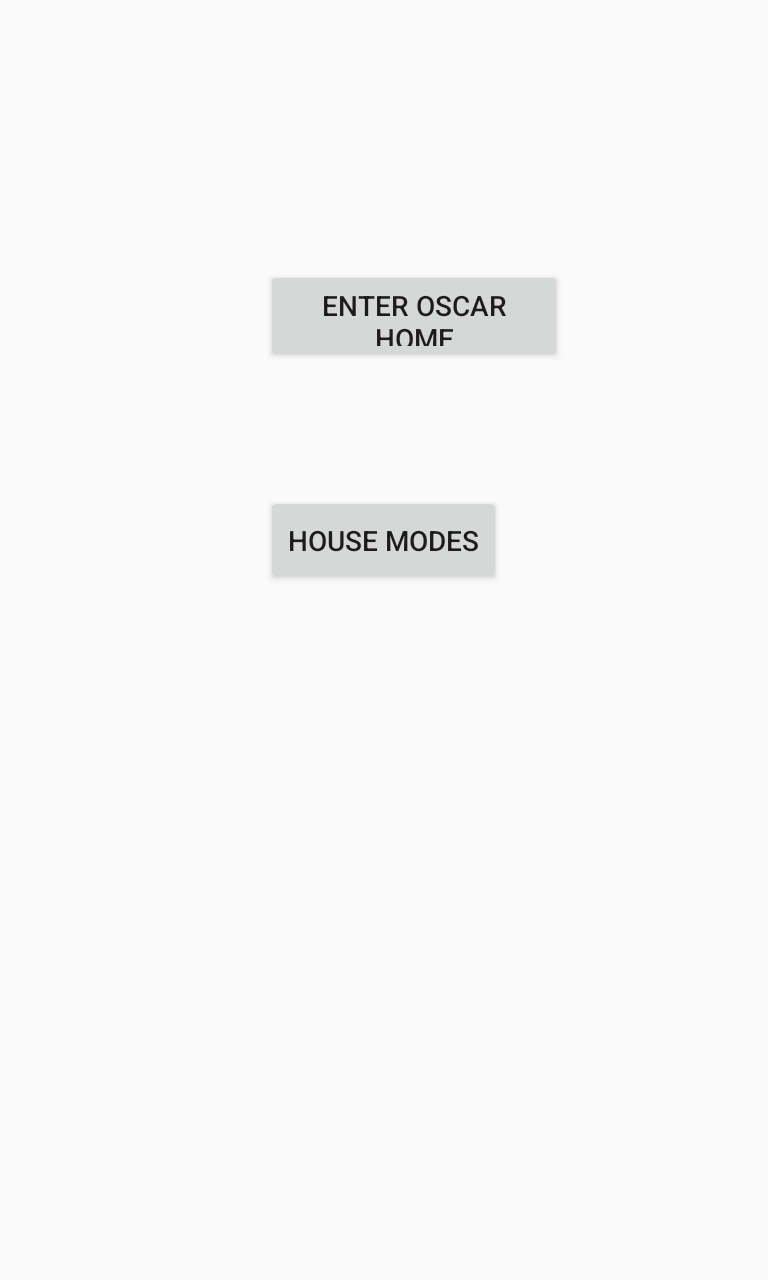
Repository: LogInc/oscar_app
Layout: Android/Oscar/res/layout/activity_home.xml
These files come from the project's save history. The layout is drawn as it stood at one moment and after the next save; the edit follows.
It is drawn on a 768 x 1280 px phone screen (xhdpi) without system bars, with theme AppTheme; the app's code is not run.

Above is the layout before, as saved 2015-02-19 13:28:37.

After the next save:
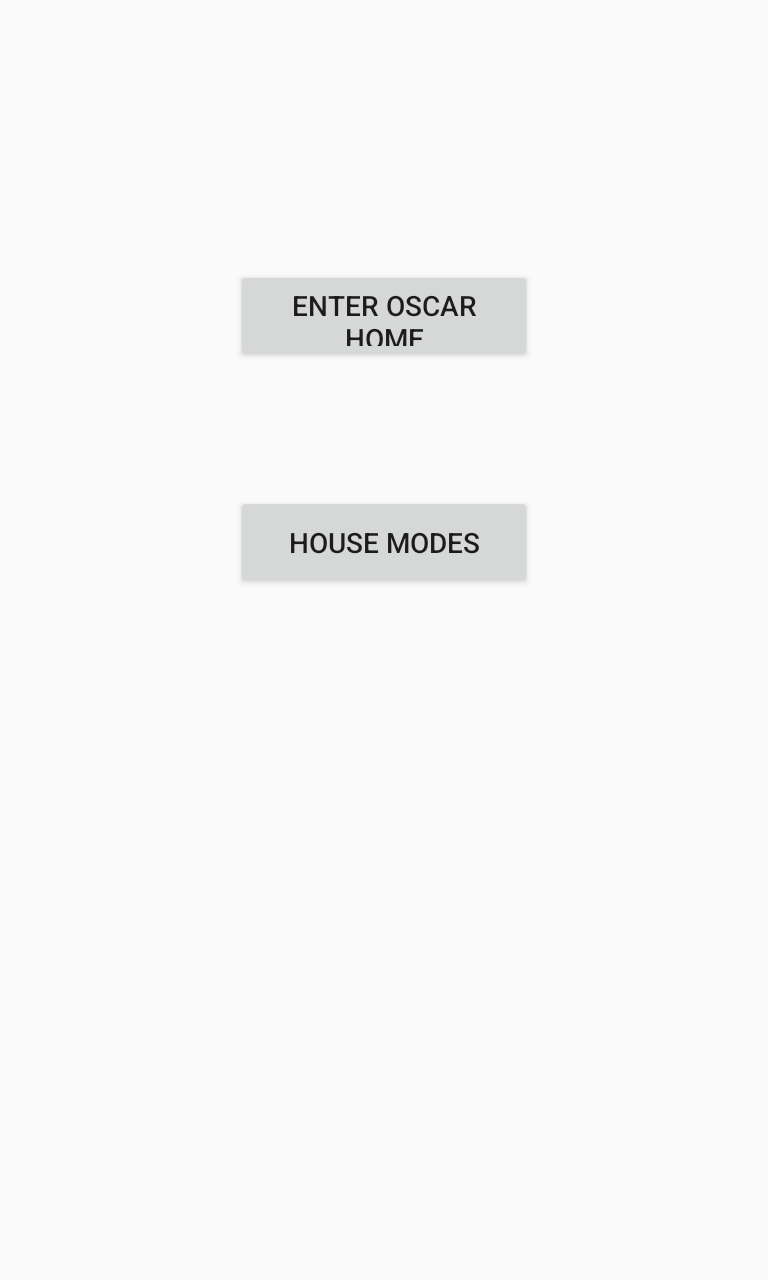
Saved 37 s later.
--- a/Android/Oscar/res/layout/activity_home.xml
+++ b/Android/Oscar/res/layout/activity_home.xml
@@ -6,8 +6,8 @@
 
     <Button
         android:id="@+id/modes"
-        android:layout_width="wrap_content"
-        android:layout_height="wrap_content"
+        android:layout_width="150dp"
+        android:layout_height="50dp"
         android:layout_below="@+id/oscarHouse"
         android:layout_centerHorizontal="true"
         android:layout_marginTop="63dp"
